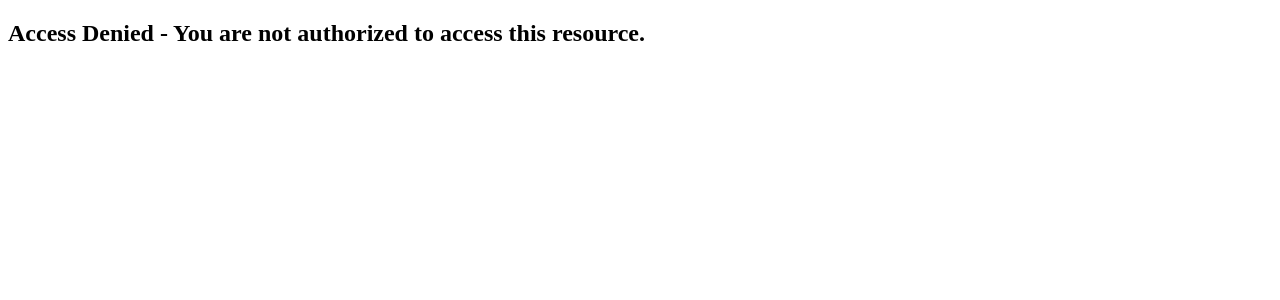
Repository: ldh9282/spring-security
Page: http://localhost/spring-security-demo-07-user-roles/access-denied
An editor plug-in stored every save of this project. The page is shown before and after the next save, followed by the edit.
The browser window is 1280 px wide. The pictures show the whole page.
The page is served by Tomcat 9. Other server files are loaded and not shown.

Above is the page before, as saved 2022-12-16 14:30:18.

### spring-security-demo-07-user-roles/src/main/webapp/WEB-INF/view/access-denied.jsp
<%@ page language="java" contentType="text/html; charset=UTF-8"
    pageEncoding="UTF-8"%>
<!DOCTYPE html>
<html>
<head>
	<meta charset="UTF-8">
	<title>luv2code- Access Denied</title>
</head>
<body>

	<h2>Access Denied - You are not authorized to access this resource.</h2>


</body>
</html>

After the next save:
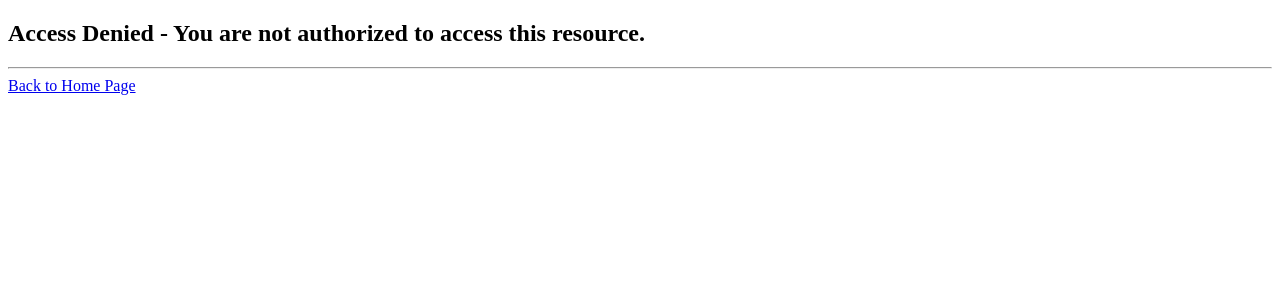
Saved 2 min 32 s later.
--- a/spring-security-demo-07-user-roles/src/main/webapp/WEB-INF/view/access-denied.jsp
+++ b/spring-security-demo-07-user-roles/src/main/webapp/WEB-INF/view/access-denied.jsp
@@ -10,6 +10,9 @@
 
 	<h2>Access Denied - You are not authorized to access this resource.</h2>
 
+	<hr>
+
+	<a href="${pageContext.request.contextPath }/">Back to Home Page</a>
 
 </body>
 </html>
